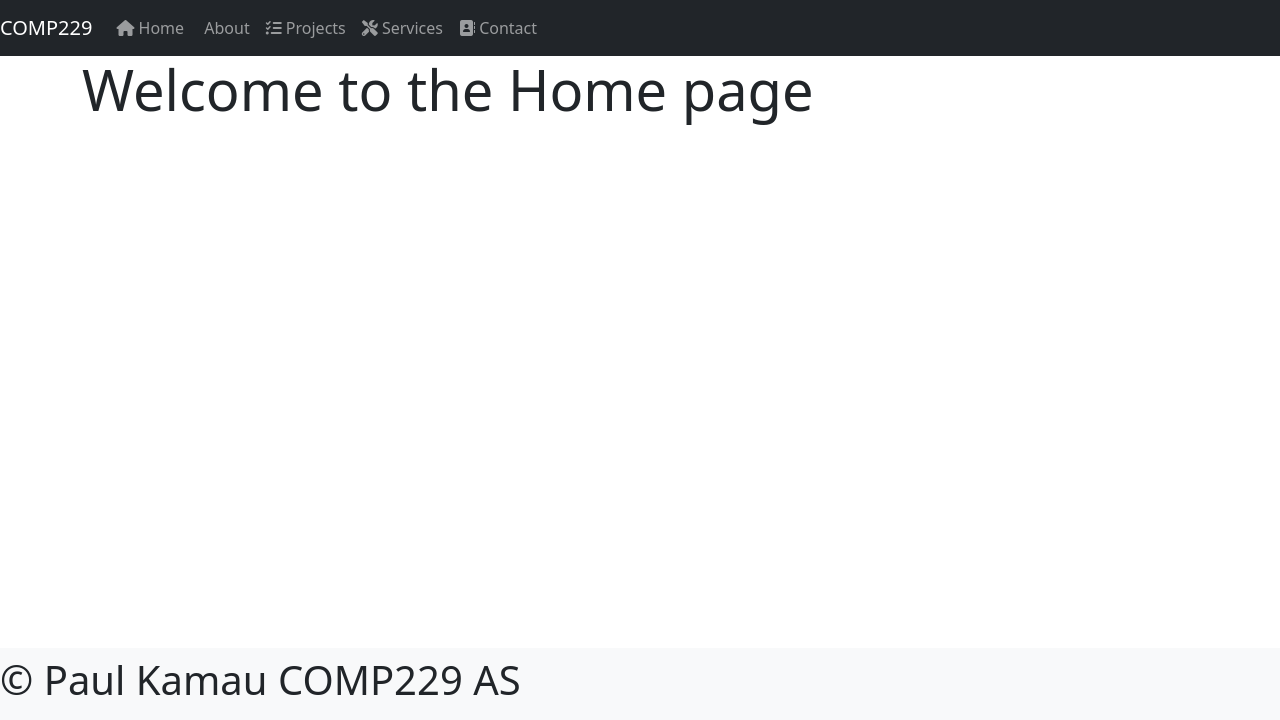
Repository: kiruriluap/COMP229-M2022-Labs
Page: http://localhost/home
An editor plug-in stored every save of this project. The page is shown before and after the next save, followed by the edit.
The browser window is 1280 px wide. The pictures show the whole page.
The page is served by the project's Node server (server.js).

Above is the page before, as saved 2022-05-28 18:09:44.

After the next save:
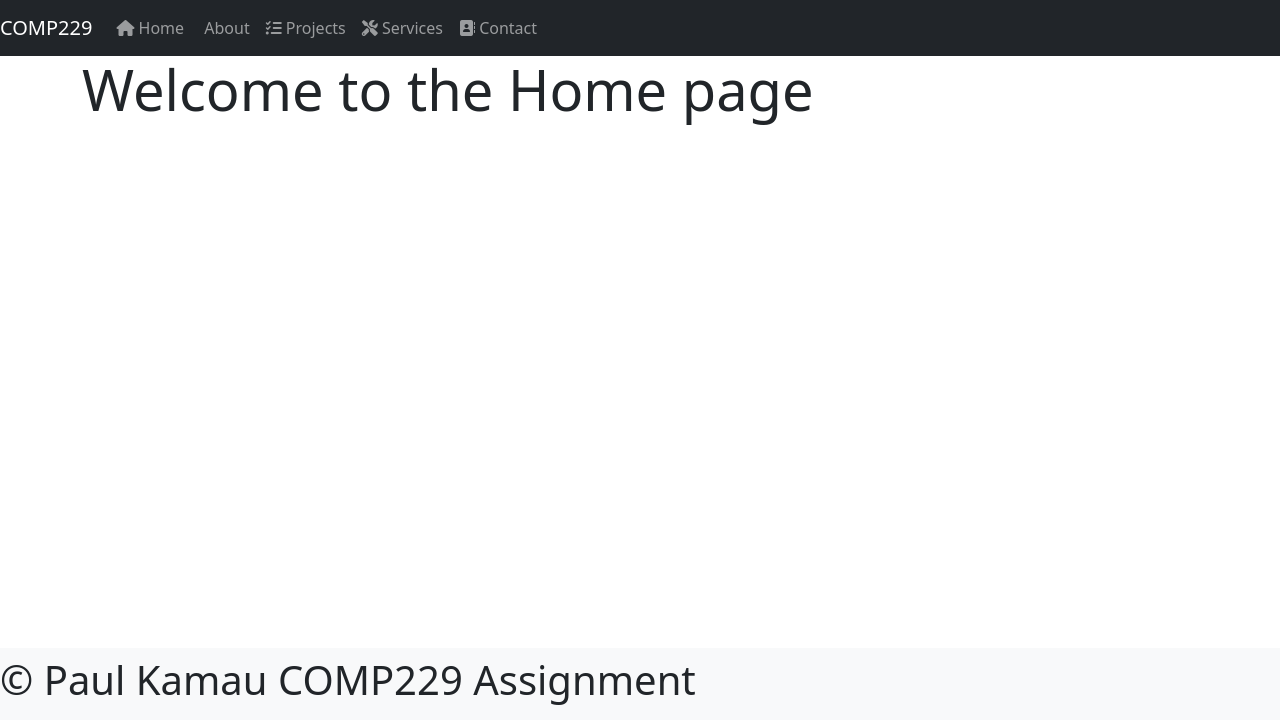
Saved 4 s later.
--- a/week3-6 Partials - Copy - Copy/views/index.ejs
+++ b/week3-6 Partials - Copy - Copy/views/index.ejs
@@ -79,7 +79,7 @@
 <!--Bottom Nav-->
 <footer>
   <nav class="navbar fixed-bottom navbar-light bg-light">
-  <h1 class="display-6">&copy; Paul Kamau COMP229 AS
+  <h1 class="display-6">&copy; Paul Kamau COMP229 Assignment
 </nav>
   </footer>
 
